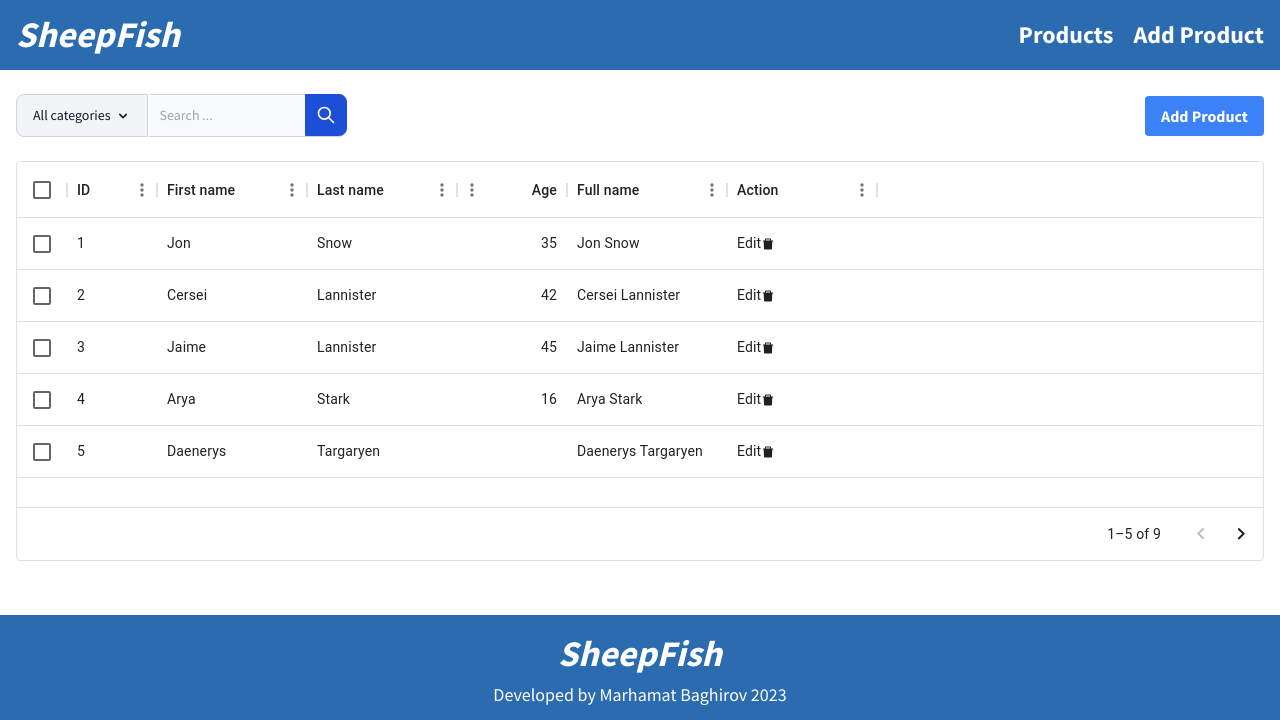
Repository: Marhamat92/sheep-fish-task
Page: /
The author's editor kept a copy of each file at every save. The page is drawn from the files as they stood at one save, then again after the next save.
The browser window is 1280 px wide. The pictures show the whole page.
The project was rebuilt for these pictures with package versions that can differ from the ones it lists, and the page was loaded fresh each time. Also part of the build but not shown: src/App.css.

Above is the page before, as saved 2023-03-28 17:56:15.

After the next save:
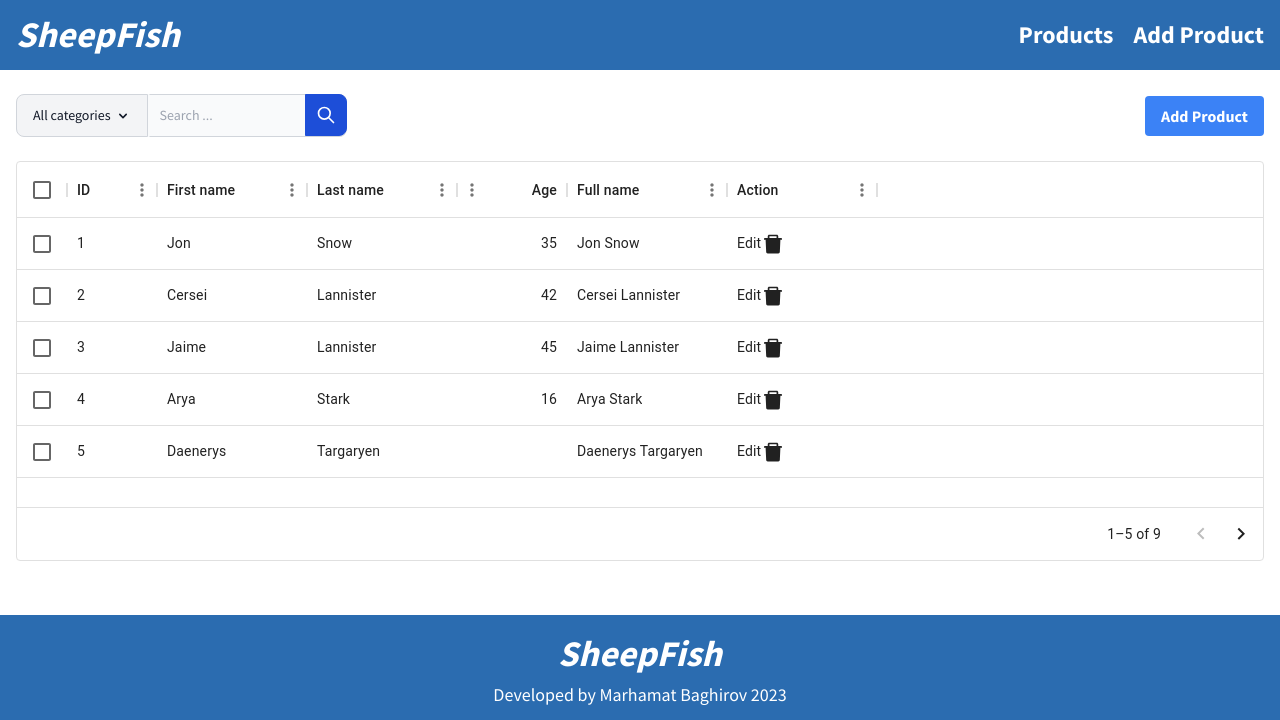
Saved 15 s later.
--- a/src/components/ListTable.tsx
+++ b/src/components/ListTable.tsx
@@ -53,7 +53,7 @@
               onClick={() => {
                 removeProduct(params.row.id);
               }}
-              className='productListDelete'
+              className='text-2xl'
             />
           </>
         );
